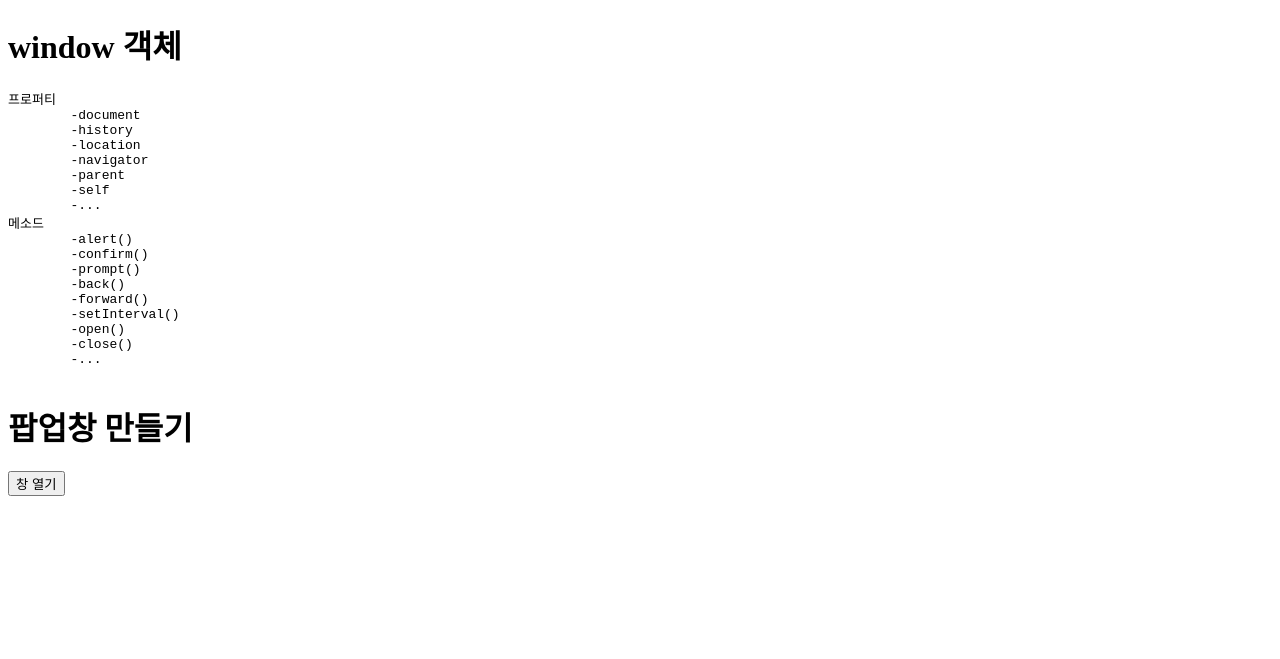
Repository: sunghyun-biblee/LearnSpace
Page: 4_UI/JS_Test/WebContent/js16_window01.html
An editor plug-in stored every save of this project. The page is shown before and after the next save, followed by the edit.
The browser window is 1280 px wide. The pictures show the whole page.

Above is the page before, as saved 2023-10-26 02:38:08.

### 4_UI/JS_Test/WebContent/js16_window01.html
<!DOCTYPE html>
<html>
<head>
<meta charset="UTF-8">
<title>Insert title here</title>
<script type="text/javascript">
	function openWin(){
		let url="js16_window02.html";
		let target="_blank";
		let prop="width=500px,height=500px";
		window.open(url,target,prop);
	}
</script>
</head>
<body>
	<h1>window 객체</h1>
<pre>
프로퍼티
	-document
	-history
	-location
	-navigator
	-parent
	-self
	-...
메소드
	-alert()
	-confirm()
	-prompt()
	-back()
	-forward()
	-setInterval()
	-open()
	-close()
	-...
	</pre>
<div>
	<h1>팝업창 만들기</h1>
	<button onclick="openWin();" name="btn">창 열기</button>
</div>
<div id="tt"></div>
</body>
</html>

After the next save:
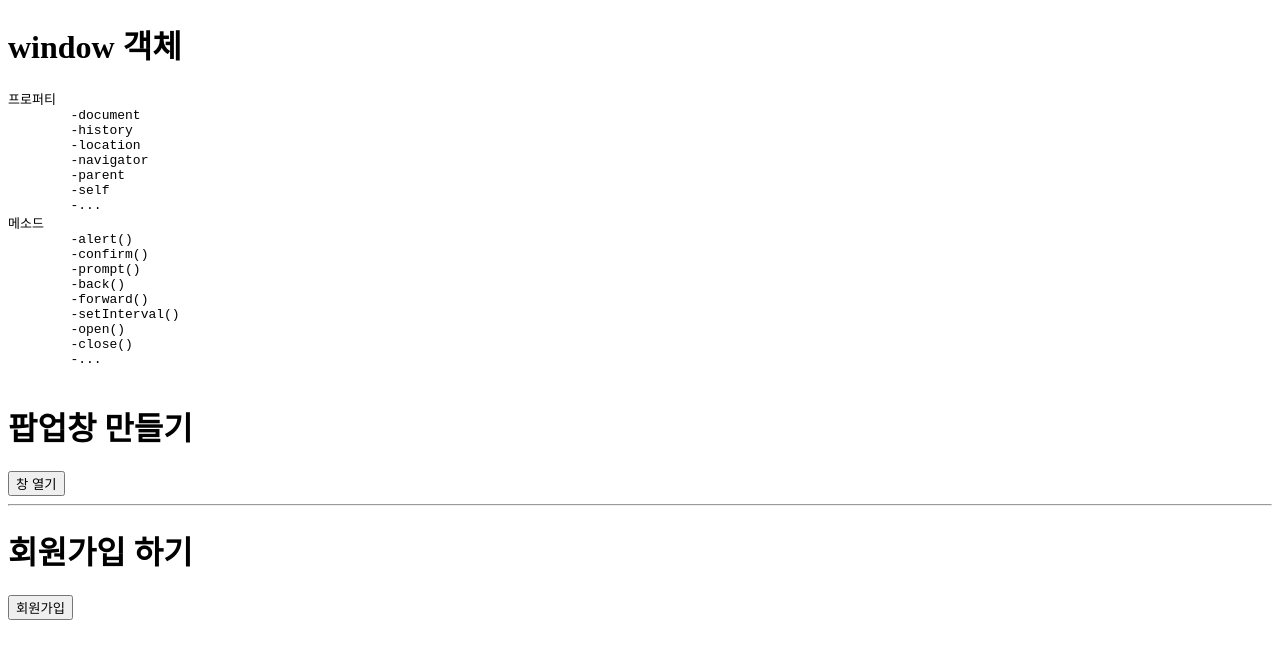
Saved 4 min 36 s later.
--- a/4_UI/JS_Test/WebContent/js16_window01.html
+++ b/4_UI/JS_Test/WebContent/js16_window01.html
@@ -38,6 +38,12 @@
 	<h1>팝업창 만들기</h1>
 	<button onclick="openWin();" name="btn">창 열기</button>
 </div>
+
+<hr>
+<h1>회원가입 하기</h1>
+<button onclick="registForm()" name="btn">회원가입</button>
+
+
 <div id="tt"></div>
 </body>
 </html>
